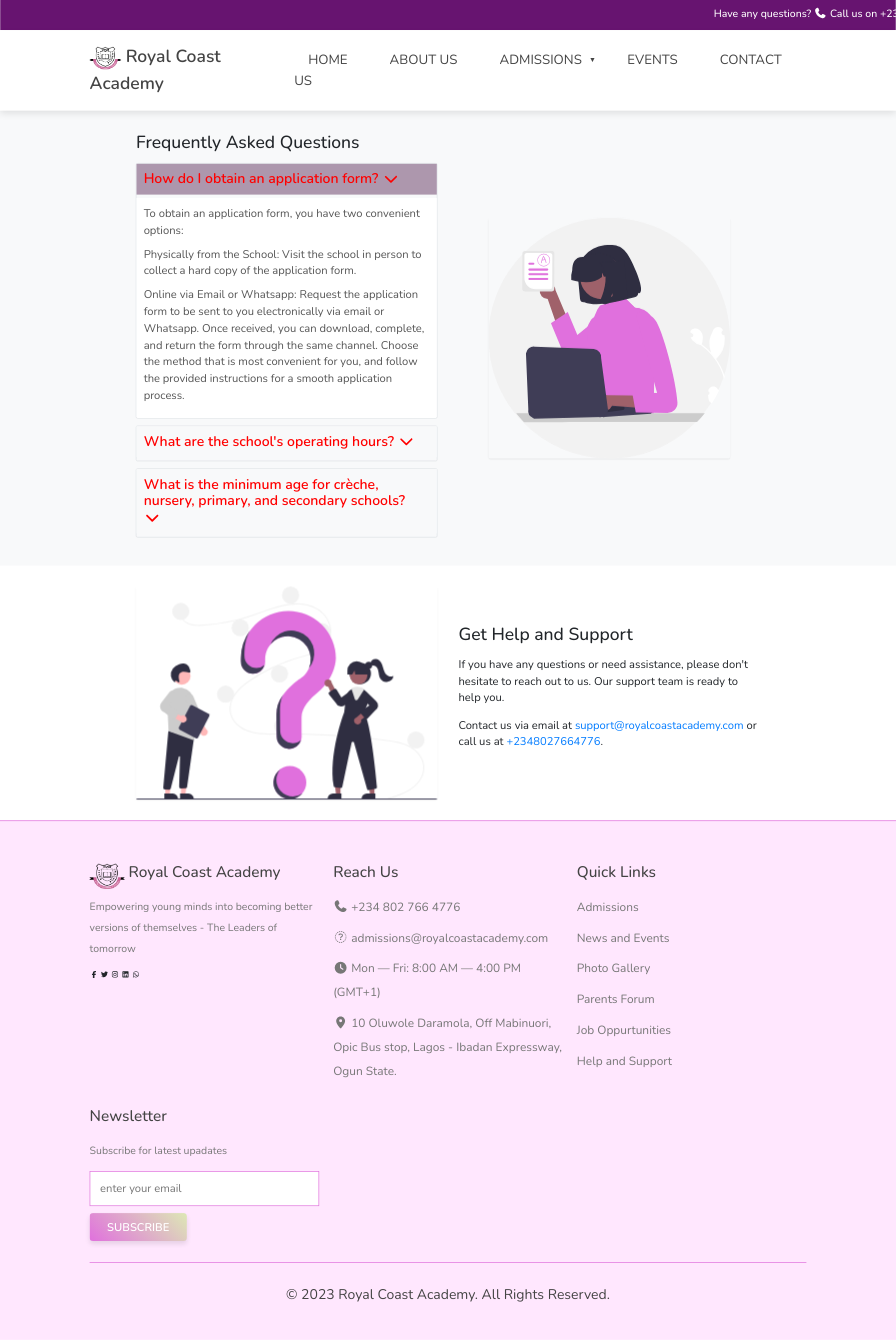
Repository: AdeniranZion/RC-Academy
Page: http://localhost/faq.php
The author's editor kept a copy of each file at every save. The page is drawn from the files as they stood at one save, then again after the next save.
The browser window is 1280 px wide. The pictures show the whole page, at 70% of full size.
The pointer rests on the first visible `.accordion-button`.
Some web libraries are served in a nearby version. The page is run by PHP 8.4 with error messages shown; the project is at /var/www/html/.

Above is the page before, as saved 2024-06-24 07:30:33.
Console error: TypeError: Cannot set properties of null (setting 'onclick')

After the next save:
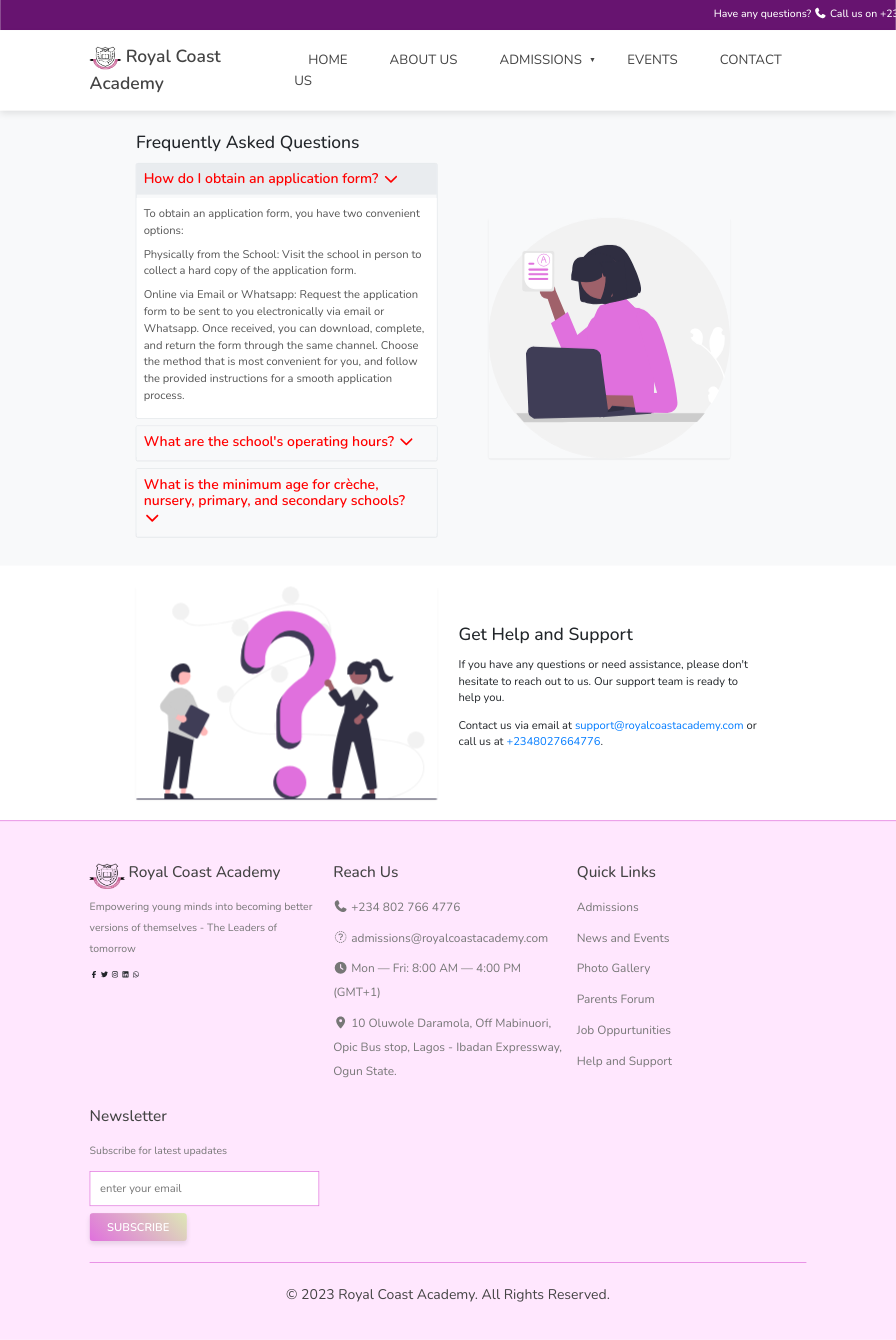
Saved 11 s later.
--- a/faq.php
+++ b/faq.php
@@ -22,7 +22,7 @@
     }
 
     .accordion-button:hover {
-        background-color: #ad97ad; /* Darker background on hover */
+        background-color: #e9ecef; /* Darker background on hover */
     }
 
     .accordion-button i {
